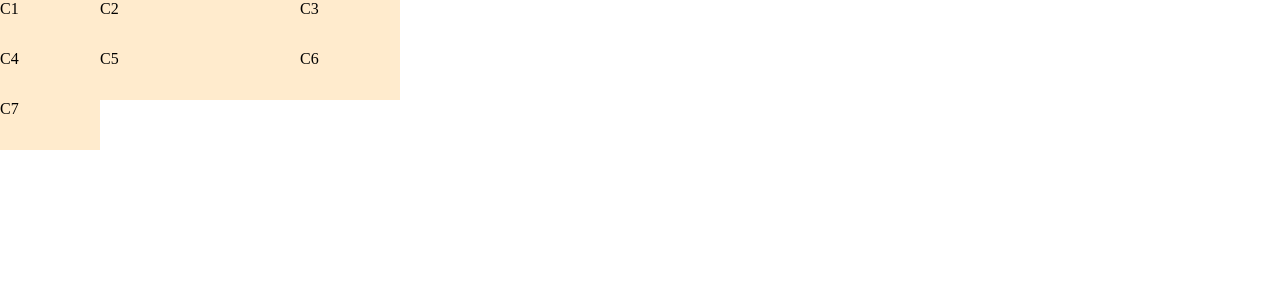
Repository: nepali2385/FUll-stack-practice
Page: Day5/Day5/grid.html
These files come from the project's save history. The page is drawn as it stood at one moment and after the next save; the edit follows.
The browser window is 1280 px wide. The pictures show the whole page.

Above is the page before, as saved 2024-08-27 15:02:30.

### Day5/Day5/grid.html
<!DOCTYPE html>
<html lang="en">
<head>
    <meta charset="UTF-8">
    <meta name="viewport" content="width=device-width, initial-scale=1.0">
    <title>Document</title>
    <link rel="stylesheet" href="grid.css">
</head>
<body>
    <div class="area">
        <div class="card">C1</div>
        <div class="card">C2</div>
        <div class="card">C3</div>
        <div class="card">C4</div>
        <div class="card">C5</div>
        <div class="card">C6</div>
        <div class="card">C7</div>



    </div>
</body>
</html>

### Day5/Day5/grid.css
*{
    padding:0;
    margin: 0;
    box-sizing:border-box ;

}
.area{
    display:grid;

    grid-template-columns: 100px 200px 100px;
    grid-auto-rows: 50px;
}
.card{
    background-color: blanchedalmond;
    border 1px solid black;
}

After the next save:
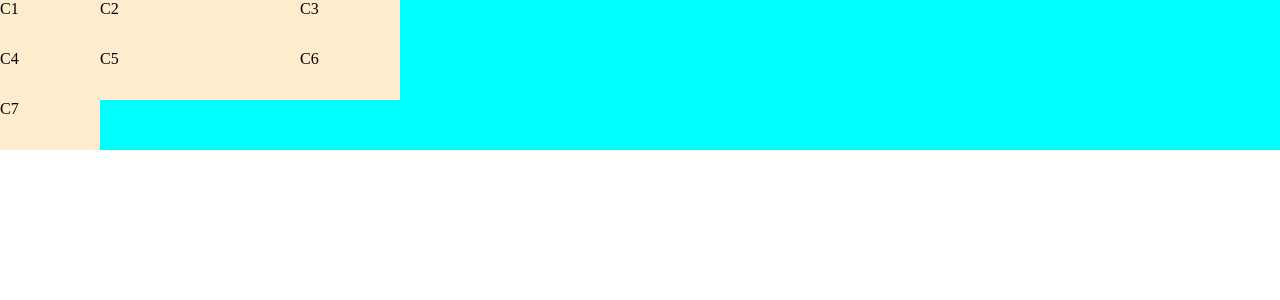
Saved 39 s later.
--- a/Day5/Day5/grid.css
+++ b/Day5/Day5/grid.css
@@ -1,14 +1,14 @@
 *{
     padding:0;
     margin: 0;
-    box-sizing:border-box ;
+    box-sizing:border-box;
 
 }
 .area{
     display:grid;
-
     grid-template-columns: 100px 200px 100px;
     grid-auto-rows: 50px;
+    background-color: aqua;
 }
 .card{
     background-color: blanchedalmond;
